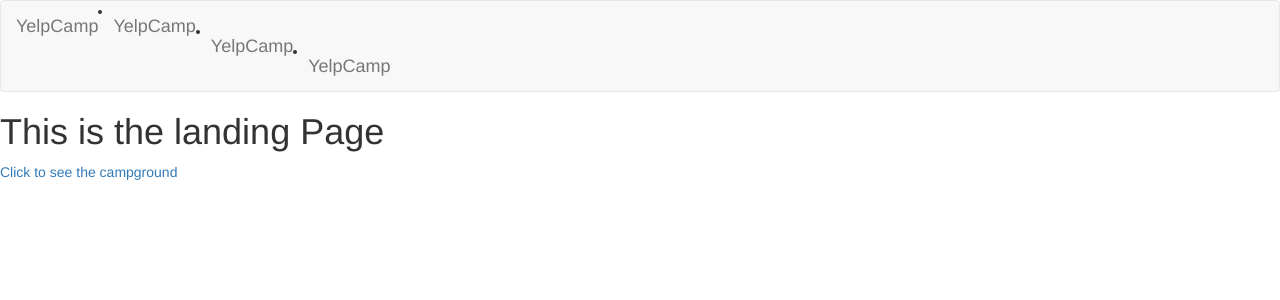
Repository: nittoorp/Web-Developement
Page: http://localhost/
The author's editor kept a record of every edit. The page is drawn from the files as they stood at one moment, then again after the next edit.
The browser window is 1280 px wide. The pictures show the whole page.
The page is served by the project's Node server (YelpCamp/v1/app.js).

Above is the page before.

After the next edit:
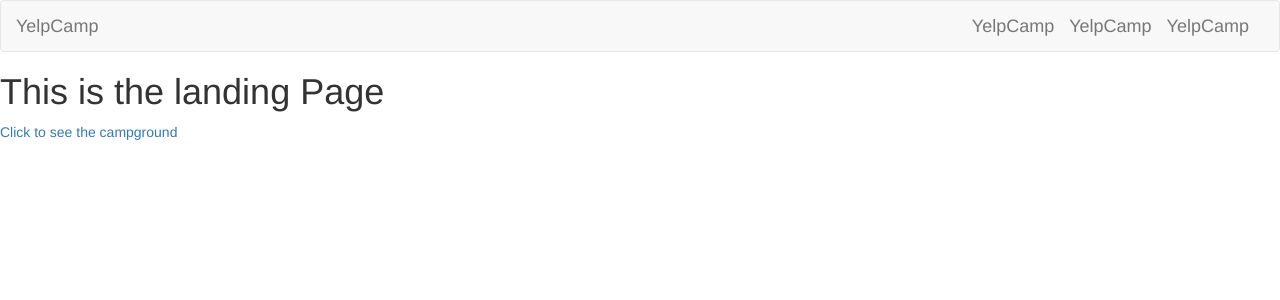
The edit:
--- a/YelpCamp/v1/views/partials/header.ejs
+++ b/YelpCamp/v1/views/partials/header.ejs
@@ -11,7 +11,7 @@
                     <a class="navbar-brand" href="/">YelpCamp</a>
                 </div>
                 <div class="collapse navbar-collapse">
-                    <ul>
+                    <ul class="nav navbar-nav navbar-right">
                         <li><a class="navbar-brand" href="/">YelpCamp</a></li>
                         <li><a class="navbar-brand" href="/">YelpCamp</a></li>
                         <li><a class="navbar-brand" href="/">YelpCamp</a></li>
